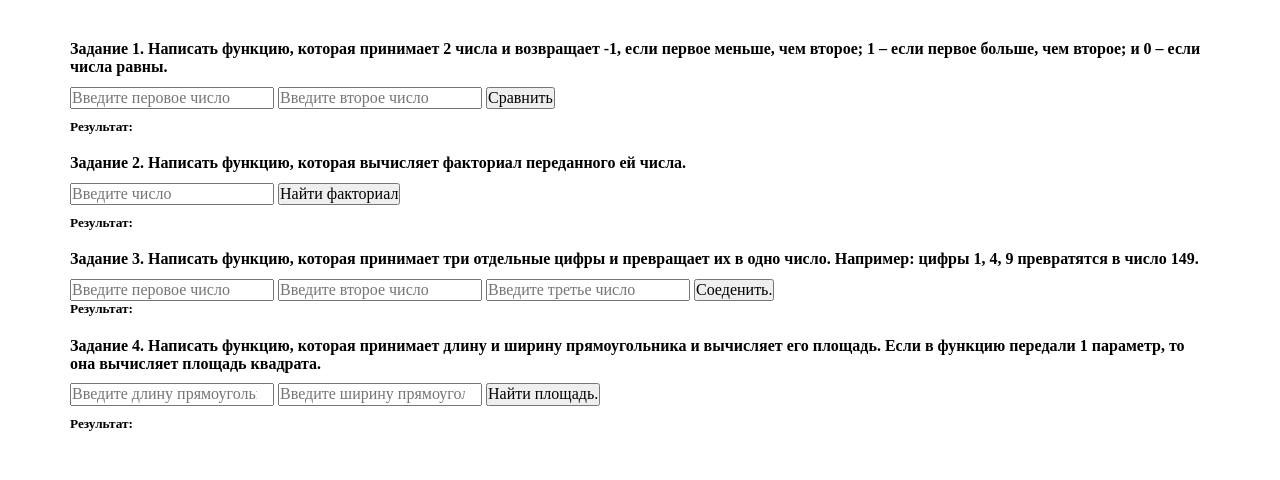
Repository: NastyaGavrilova/Beetroot-js
Page: HW3/index.html
These files come from the project's save history. The page is drawn as it stood at one moment and after the next save; the edit follows.
The browser window is 1280 px wide. The pictures show the whole page.

Above is the page before, as saved 2021-10-18 14:48:38.

### HW3/index.html
<!DOCTYPE html>
<html lang="en">
  <head>
    <meta charset="UTF-8" />
    <meta http-equiv="X-UA-Compatible" content="IE=edge" />
    <meta name="viewport" content="width=device-width, initial-scale=1.0" />
    <link
      rel="stylesheet"
      href="https://cdnjs.cloudflare.com/ajax/libs/normalize/8.0.1/normalize.min.css"
      integrity="sha512-NhSC1YmyruXifcj/KFRWoC561YpHpc5Jtzgvbuzx5VozKpWvQ+4nXhPdFgmx8xqexRcpAglTj9sIBWINXa8x5w=="
      crossorigin="anonymous"
      referrerpolicy="no-referrer"
    />
    <link rel="stylesheet" href="./index.css" />
    <title>Functions</title>
  </head>
  <body>
    <section class="c-task-one">
      <h4 class="c-task-one__title c-title">
        Задание 1. Написать функцию, которая принимает 2 числа и возвращает -1,
        если первое меньше, чем второе; 1 – если первое больше, чем второе; и 0
        – если числа равны.
      </h4>
      <form
        action="#"
        method="post"
        class="c-task-one__form c-form"
        id="js-task1-form"
      >
        <input
          type="number"
          id="js-task1-input1"
          placeholder="Введите перовое число"
        />
        <input
          type="number"
          id="js-task1-input2"
          placeholder="Введите второе число"
        />
        <button id="js-task1-btn">Сравнить</button>
      </form>
      <h5>Результат: <span id="js-task1-span"></span></h5>
    </section>

    <section class="c-task-two c-tasks">
      <h4 class="c-task-two__title c-title">
        Задание 2. Написать функцию, которая вычисляет факториал переданного ей
        числа.
      </h4>
      <form
        action="#"
        method="post"
        class="c-task-two__form c-form"
        id="js-task2-form"
      >
        <input type="number" id="js-task2-input1" placeholder="Введите число" />
        <button id="js-task2-btn">Найти факториал</button>
      </form>
      <h5>Результат: <span id="js-task2-span"></span></h5>
    </section>

    <section class="c-task-three c-tasks">
      <h4 class="c-task-third__title c-title">
        Задание 3. Написать функцию, которая принимает три отдельные цифры и
        превращает их в одно число. Например: цифры 1, 4, 9 превратятся в число
        149.
      </h4>
      <form
        action="#"
        method="post"
        class="c-task-two__form"
        id="js-task3-form c-form"
      >
        <input
          type="number"
          id="js-task3-input1"
          placeholder="Введите перовое число"
        />
        <input
          type="number"
          id="js-task3-input2"
          placeholder="Введите второе число"
        />
        <input
          type="number"
          id="js-task3-input3"
          placeholder="Введите третье число"
        />
        <button id="js-task3-btn">Соеденить.</button>
      </form>
      <h5>Результат: <span id="js-task3-span"></span></h5>
    </section>

    <section class="c-task-four c-tasks">
      <h4 class="c-task-four__title c-title">
        Задание 4. Написать функцию, которая принимает длину и ширину
        прямоугольника и вычисляет его площадь. Если в функцию передали 1
        параметр, то она вычисляет площадь квадрата.
      </h4>
      <form
        action="#"
        method="post"
        class="c-task-four__form c-form"
        id="js-task4-form"
      >
        <input
          type="number"
          id="js-task4-input1"
          placeholder="Введите длину прямоугольника"
        />
        <input
          type="number"
          id="js-task4-input2"
          placeholder="Введите ширину прямоугольника"
        />
        <button id="js-task4-btn">Найти площадь.</button>
      </form>
      <h5>Результат: <span id="js-task4-span"></span></h5>
    </section>
    <script src="./index.js"></script>
  </body>
</html>

### HW3/index.css
* {
  box-sizing: border-box;
  padding: 0;
  margin: 0;
}

body {
  max-width: 1200px;
  margin: 0 auto;
}
.c-task-one {
  padding: 40px 30px 20px 30px;
}

.c-tasks {
  padding: 0 30px 20px 30px;
}
.c-title {
  margin-bottom: 10px;
}
.c-form {
  margin-bottom: 10px;
}

### HW3/index.js
// const log = console.log;
// Task 1
let btn1 = document.getElementById("js-task1-btn");
btn1.addEventListener("click", (e) => {
  e.preventDefault();
  let task = document.getElementById("js-task1-input1");
  let task1 = document.getElementById("js-task1-input2");
  let span1 = document.getElementById("js-task1-span");
  let one = 1;
  let minusOne = -1;
  let zero = 0;
  if (task.value < task1.value) {
    return (span1.innerHTML = minusOne);
  } else if (task.value > task1.value) {
    return (span1.innerHTML = one);
  } else if (task.value == task1.value) {
    return (span1.innerHTML = zero);
  }
});

// task 2
let btn2 = document.getElementById("js-task2-btn");
btn2.addEventListener("click", (e) => {
  e.preventDefault();
  let task2 = document.getElementById("js-task2-input1");
  let span2 = document.getElementById("js-task2-span");
  let total = 1;
  for (i = task2.value; i > 1; i--) {
    total *= i;
  }
  return (span2.innerHTML = total);
});

// task 3
let btn3 = document.getElementById("js-task3-btn");
btn3.addEventListener("click", (e) => {
  e.preventDefault();
  let task3 = document.getElementById("js-task3-input1");
  let task3_1 = document.getElementById("js-task3-input2");
  let task3_2 = document.getElementById("js-task3-input3");
  let span3 = document.getElementById("js-task3-span");
  if (isNaN(task3.value, task3_1.value, task3_2.value)) {
    return (span3.innerHTML = "Введеное число не цифра");
  }
  return (span3.innerHTML = `${task3.value}${task3_1.value}${task3_2.value}`);
});

// task 4

let btn4 = document.getElementById("js-task4-btn");
btn4.addEventListener("click", (e) => {
  e.preventDefault();
  let task4 = document.getElementById("js-task4-input1");
  let task4_1 = document.getElementById("js-task4-input2");
  let span4 = document.getElementById("js-task4-span");
  let result;
  if (task4.value != "" && task4_1.value != "") {
    result = task4.value * task4_1.value;
    return (span4.innerHTML = result);
  } else if (task4.value != "" && task4_1.value == "") {
    result = Math.pow(task4.value, 2);
    return (span4.innerHTML = result);
  } else if (task4.value == "" && task4_1.value != "") {
    result = Math.pow(task4_1.value, 2);
    return (span4.innerHTML = result);
  }
});
// let side = +prompt("Задание 4. Введите первую сторону.");
// let side1 = +prompt("Задание 4. Введите второю сторону.");

// let square = (s, s1) => {
//   let square1;
//   if (s != "" && s1 != "") {
//     square1 = s * s1;
//     return log(`Площадь прямоугольника ${square1}`);
//   } else if (s != "" && s1 == "") {
//     square1 = s * s;
//     log(`Площадь квадрата ${square1}`);
//   } else if (s == "" && s1 != "") {
//     square1 = s1 * s1;
//     log(`Площадь квадрата ${square1}`);
//   }
// };

// square(side, side1);

After the next save:
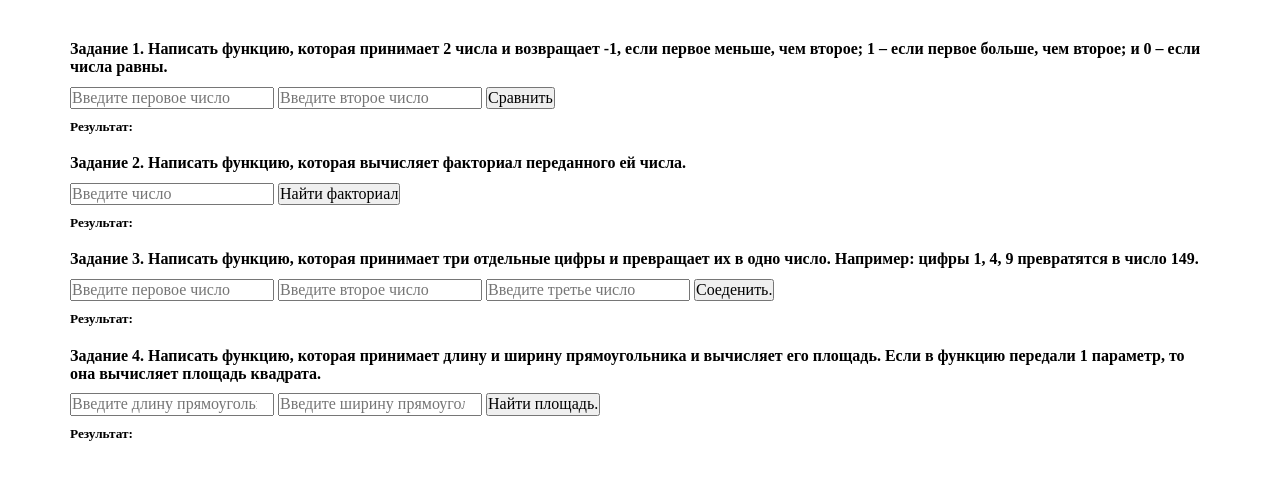
Saved 91 s later.
--- a/HW3/index.html
+++ b/HW3/index.html
@@ -68,7 +68,7 @@
       <form
         action="#"
         method="post"
-        class="c-task-two__form"
+        class="c-task-two__form c-form"
         id="js-task3-form c-form"
       >
         <input
